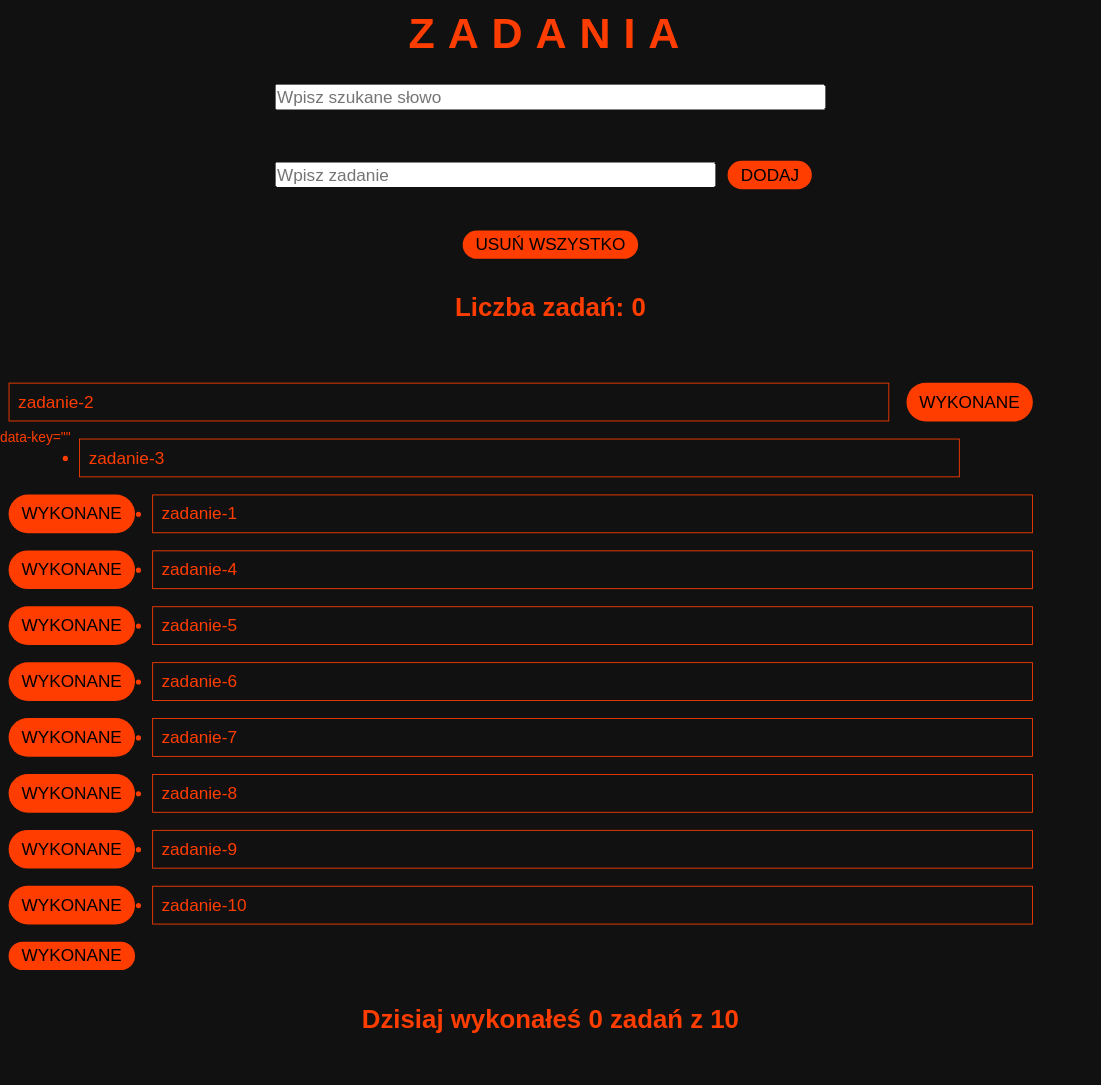
Repository: RobertDsr/To-Do-List
Page: index.html
The author's editor kept a copy of each file at every save. The page is drawn from the files as they stood at one save, then again after the next save.
The browser window is 1280 px wide. The pictures show the whole page, at 86% of full size.
The style sheet was rebuilt from its Sass, Less or Tailwind sources for each picture, by a compiler version that may differ from the author's.

Above is the page before, as saved 2022-01-06 08:32:22.

After the next save:
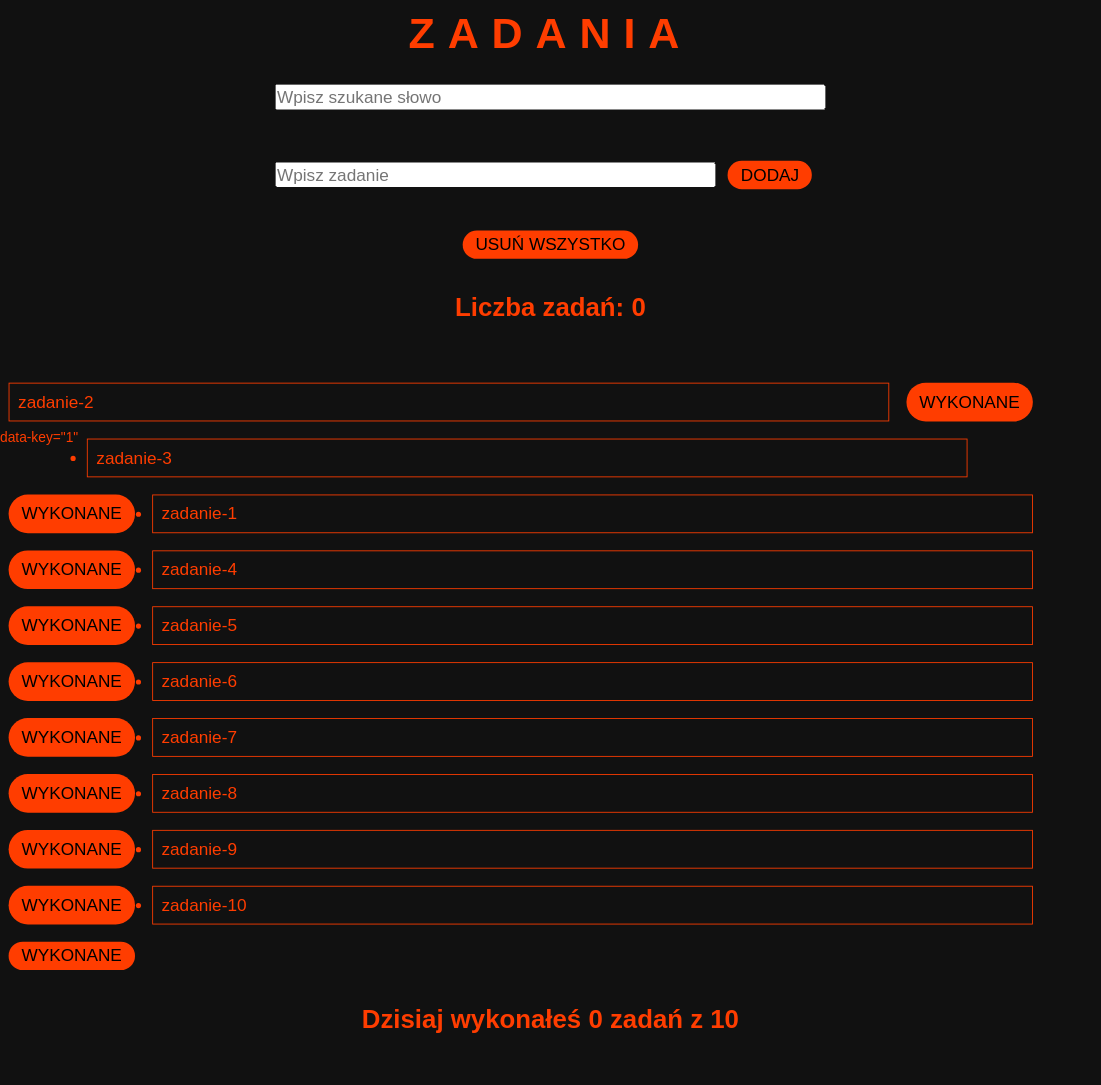
Saved 4 s later.
--- a/index.html
+++ b/index.html
@@ -20,26 +20,26 @@
         <button class="btn btn--large">USUŃ WSZYSTKO</button>
         <h2 class="title-count-task">Liczba zadań: <span class="count-task">0</span></h2>
             <ul class="list">
-                <li data-key="" class="list__item">zadanie-2</li>
-                <button data-key="" class="btn btn--medium">WYKONANE</button> data-key=""
-                <li data-key="" class="list__item">zadanie-3</li>
-                <button data-key="" class="btn btn--medium">WYKONANE</button>
-                <li data-key="" class="list__item">zadanie-1</li>
-                <button data-key="" class="btn btn--medium">WYKONANE</button>
-                <li data-key="" class="list__item">zadanie-4</li>
-                <button data-key="" class="btn btn--medium">WYKONANE</button>
-                <li data-key="" class="list__item">zadanie-5</li>
-                <button data-key="" class="btn btn--medium">WYKONANE</button>
-                <li data-key="" class="list__item">zadanie-6</li>
-                <button data-key="" class="btn btn--medium">WYKONANE</button>
-                <li data-key="" class="list__item">zadanie-7</li>
-                <button data-key="" class="btn btn--medium">WYKONANE</button>
-                <li data-key="" class="list__item">zadanie-8</li>
-                <button data-key="" class="btn btn--medium">WYKONANE</button>
-                <li data-key="" class="list__item">zadanie-9</li>
-                <button data-key="" class="btn btn--medium">WYKONANE</button>
-                <li data-key="" class="list__item">zadanie-10</li>
-                <button data-key="" class="btn btn--medium">WYKONANE</button>
+                <li data-key="1" class="list__item">zadanie-2</li>
+                <button data-key="1" class="btn btn--medium">WYKONANE</button> data-key="1"
+                <li data-key="1" class="list__item">zadanie-3</li>
+                <button data-key="1" class="btn btn--medium">WYKONANE</button>
+                <li data-key="1" class="list__item">zadanie-1</li>
+                <button data-key="1" class="btn btn--medium">WYKONANE</button>
+                <li data-key="1" class="list__item">zadanie-4</li>
+                <button data-key="1" class="btn btn--medium">WYKONANE</button>
+                <li data-key="1" class="list__item">zadanie-5</li>
+                <button data-key="1" class="btn btn--medium">WYKONANE</button>
+                <li data-key="1" class="list__item">zadanie-6</li>
+                <button data-key="1" class="btn btn--medium">WYKONANE</button>
+                <li data-key="1" class="list__item">zadanie-7</li>
+                <button data-key="1" class="btn btn--medium">WYKONANE</button>
+                <li data-key="1" class="list__item">zadanie-8</li>
+                <button data-key="1" class="btn btn--medium">WYKONANE</button>
+                <li data-key="1" class="list__item">zadanie-9</li>
+                <button data-key="1" class="btn btn--medium">WYKONANE</button>
+                <li data-key="1" class="list__item">zadanie-10</li>
+                <button data-key="1" class="btn btn--medium">WYKONANE</button>
             </ul>
         <h2 class="title-count-task">Dzisiaj wykonałeś <span class="count-task">0</span> zadań z <span
                 class="count-task">10</span></h2>
